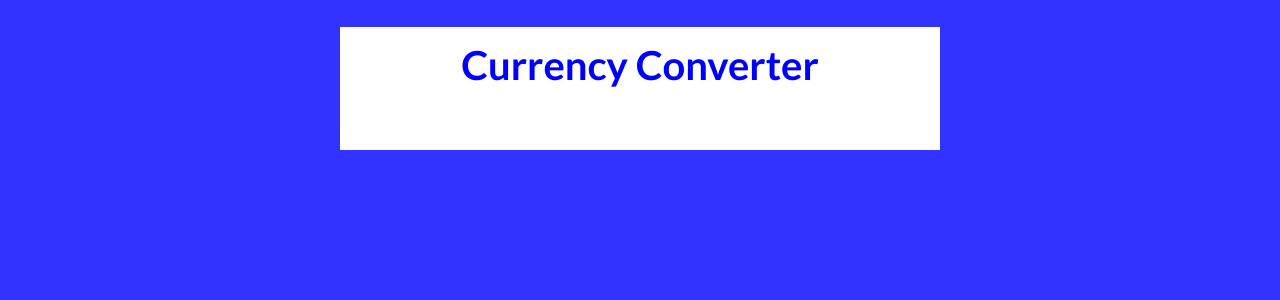
Repository: kkasperczyk/currency-converter
Page: index.html
The author's editor kept a copy of each file at every save. The page is drawn from the files as they stood at one save, then again after a run of saves.
The browser window is 1280 px wide. The pictures show the whole page.

Above is the page before, as saved 2020-06-15 22:12:12.

### index.html
<!DOCTYPE html>
<html lang="en">

<head>
    <meta charset="UTF-8">
    <meta name="viewport" content="width=device-width, initial-scale=1.0">
    <link rel="stylesheet" href="https://cdnjs.cloudflare.com/ajax/libs/normalize/8.0.1/normalize.min.css"
        integrity="sha256-l85OmPOjvil/SOvVt3HnSSjzF1TUMyT9eV0c2BzEGzU=" crossorigin="anonymous" />
    <link rel="stylesheet" href="css/global.css">
    <link rel="stylesheet" href="css/container.css">
    <link rel="stylesheet" href="css/header.css">
    <link rel="stylesheet" href="css/main-content.css">
    <script defer src="js/script.js"></script>
    <link href="https://fonts.googleapis.com/css2?family=Lato:ital,wght@0,400;0,700;1,400&display=swap" rel="stylesheet">
    <title>Currency Converter</title>
</head>

<body>
    <div class="container">
        <header class="header">
            <h1 class="header__title">Currency Converter</h1>
        </header>
        <main class="mainContent">
            <form class="form">

            </form>
        </main>
    </div>
</body>

</html>

### css/global.css
html {
  box-sizing: border-box;
}

*,
::after,
::before {
  box-sizing: inherit;
}

body {
  font-family: "Lato", sans-serif;
  background-color: hsl(240, 100%, 60%);
}

### css/container.css
.container {
    max-width: 600px;
    margin: 0 auto;
    background-color: white;
}

### css/header.css
.header {
    text-align: center;
}

.header__title {
    color: hsl(240, 100%, 50%);
    padding: 15px;
    font-size: 40px;
}

### css/main-content.css
.mainContent {
    background-color: white;
    padding: 10px;
}

### js/script.js
console.log("Hi all developers! Nice to see you here.");

After the next 4 saves:
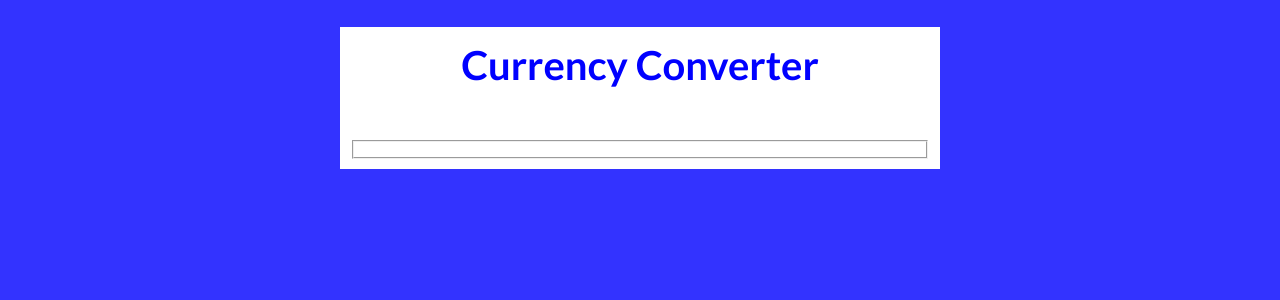
The 4 saves are shown as one change because they came seconds apart.
The last was saved 3 min 1 s later.
--- a/index.html
+++ b/index.html
@@ -22,7 +22,9 @@
         </header>
         <main class="mainContent">
             <form class="form">
+                <fieldset>
 
+                </fieldset>
             </form>
         </main>
     </div>
